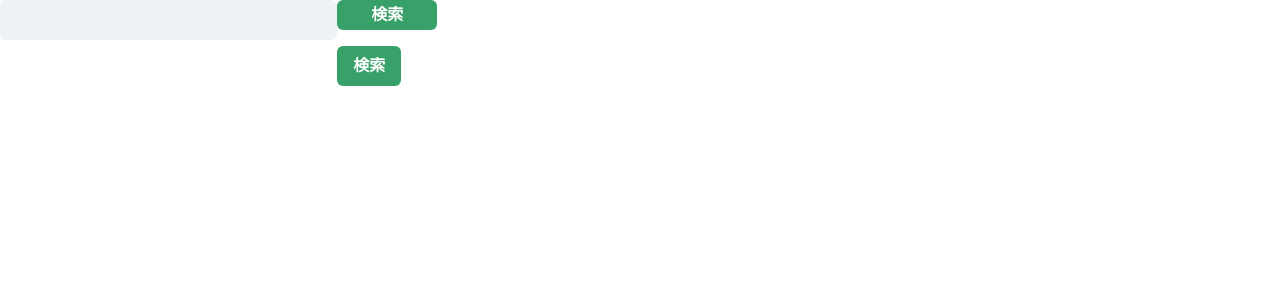
Repository: kanshu-1118/gpt-schoollife
Page: /
These files come from the project's save history. The page is drawn as it stood at one moment and after the next save; the edit follows.
The browser window is 1280 px wide. The pictures show the whole page.
The page's requests for data from a server got no answer. The project was rebuilt for these pictures with package versions that can differ from the ones it lists, and the page was loaded fresh each time. The framework's server and built-in components were replaced by stand-ins that run in the browser. No one was signed in, and anything a server would have sent is missing. Also part of the build but not shown: next.config.js.

Above is the page before, as saved 2023-05-22 14:23:25.

After the next save:
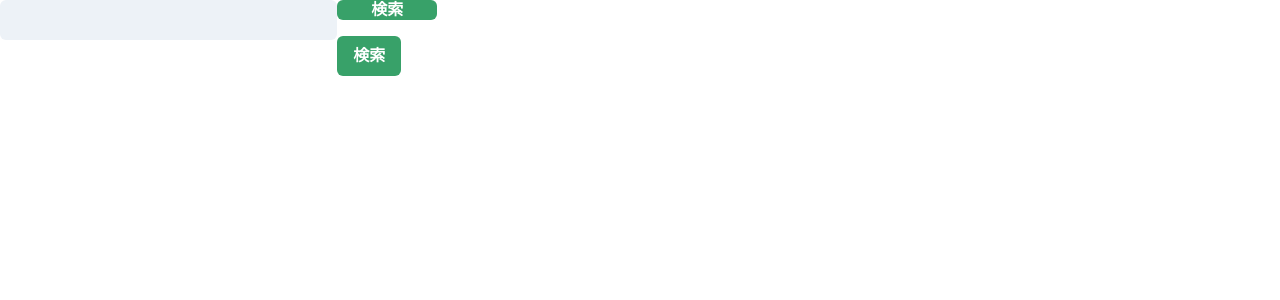
Saved 17 s later.
--- a/src/pages/index.tsx
+++ b/src/pages/index.tsx
@@ -34,7 +34,7 @@ export default function Home() {
             <Input type="text" variant='filled' onChange={(e)=>{setText(e.target.value)}}/>
             <Wrap spacing={4}>
               <WrapItem>
-                <Button variant='solid' w={"100px"} h="30px"  colorScheme='green'>検索</Button>
+                <Button variant='solid' w={"100px"} h="20px"  colorScheme='green'>検索</Button>
               </WrapItem>
               <WrapItem>
                 <Button variant='solid' colorScheme='green'>検索</Button>
